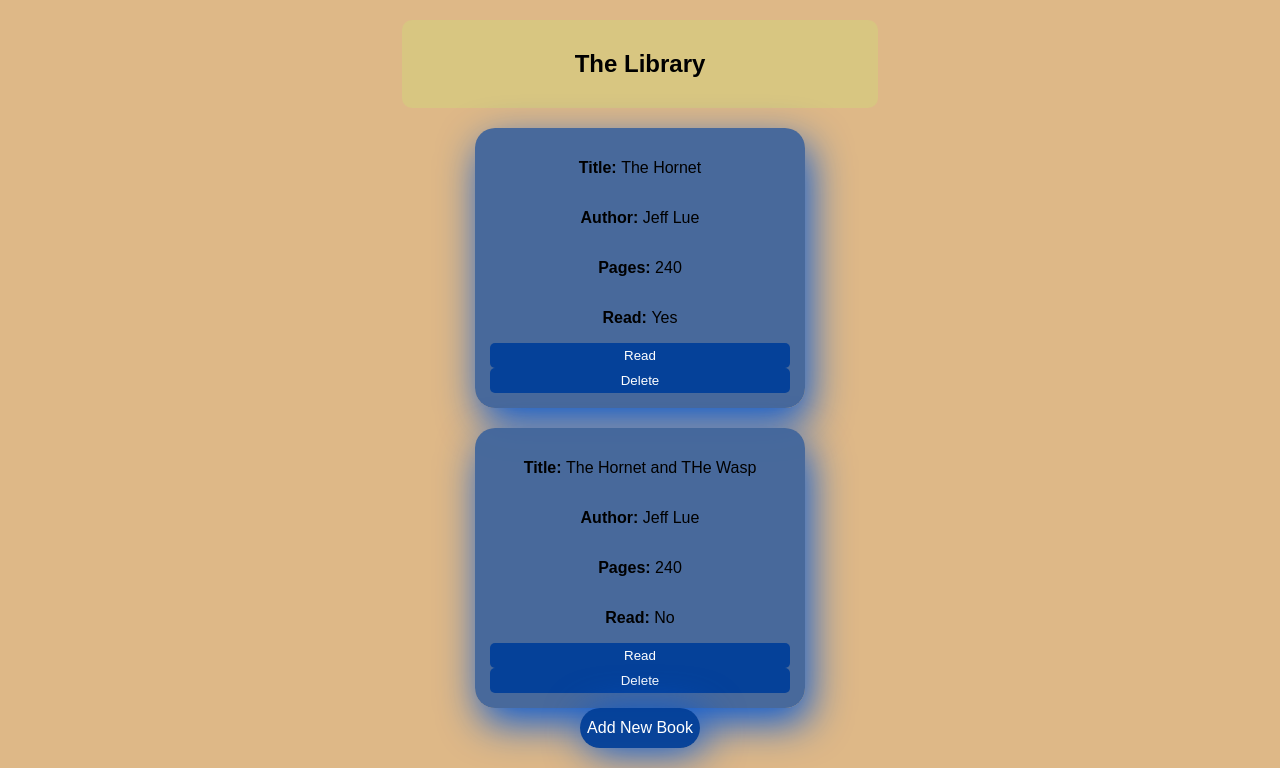
Repository: ErvinClay13/Library
Page: index.html
The author's editor kept a copy of each file at every save. The page is drawn from the files as they stood at one save, then again after the next save.
The browser window is 1280 px wide. The pictures show the whole page.

Above is the page before, as saved 2025-01-11 04:54:28.

After the next save:
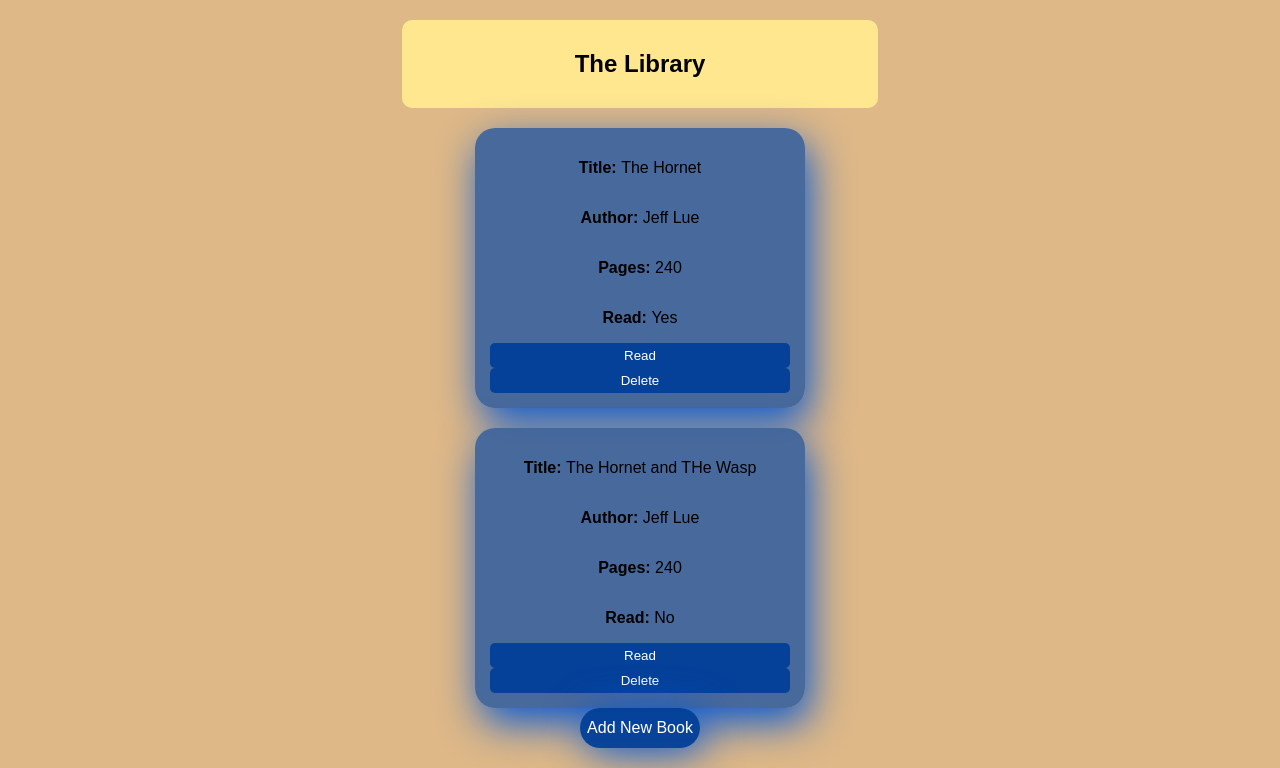
Saved 5 s later.
--- a/style.css
+++ b/style.css
@@ -20,7 +20,7 @@ body {
     display: flex;
     justify-content: space-between;
     justify-content: center;
-    background-color: rgb(216, 198, 129);
+    background-color: rgb(255, 231, 144);
     /* background-color: #42669df5; */
     /* box-shadow: 5px 5px 40px #0055d4f5; */
     width: 100%;
